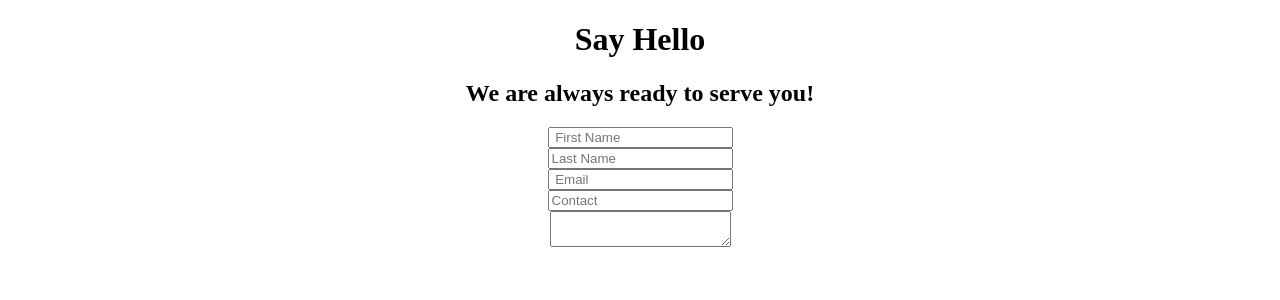
Repository: Owusuharriet/HW1-HAMAH.index.html
Page: index.htm
An editor plug-in stored every save of this project. The page is shown before and after the next save, followed by the edit.
The browser window is 1280 px wide. The pictures show the whole page.

Above is the page before, as saved 2020-08-03 22:46:35.

After the next save:
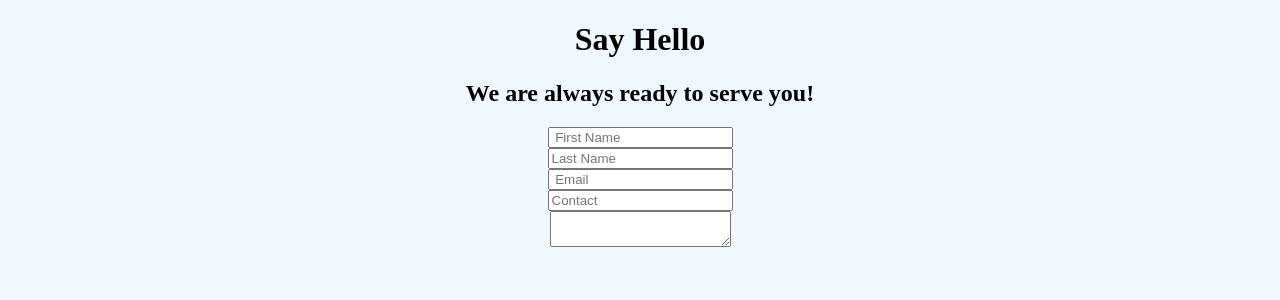
Saved 6 s later.
--- a/style.css
+++ b/style.css
@@ -2,7 +2,7 @@ body{
     margin: 0;
     padding: 0;
     text-align: center;
-    background-color: a;
+    background-color: aliceblue;
     background-image: image(laptop);
     background-size: cover;
     background-position: center;
